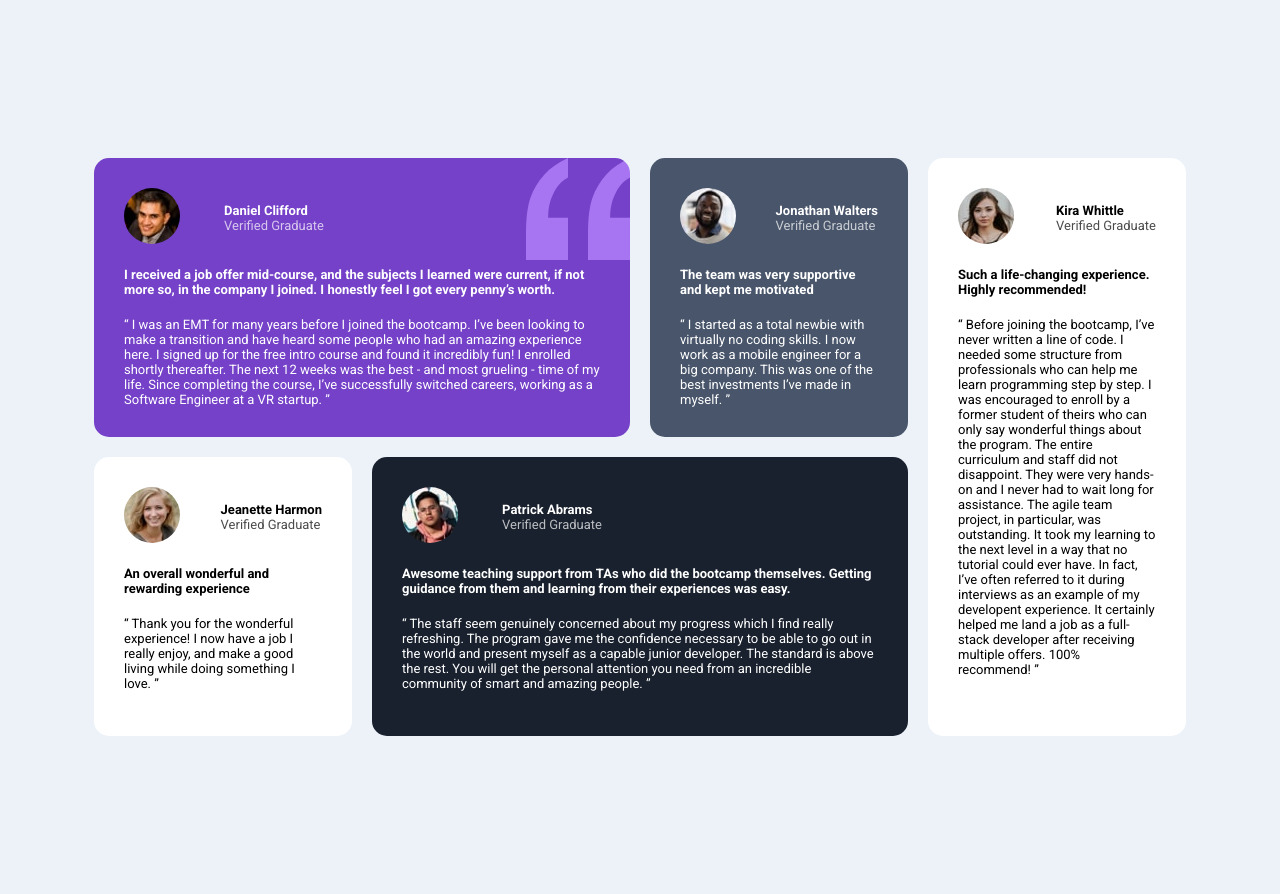
Repository: Toqa-25/testimonials
Page: index.html
An editor plug-in stored every save of this project. The page is shown before and after the next save, followed by the edit.
The browser window is 1280 px wide. The pictures show the whole page.

Above is the page before, as saved 2021-11-04 13:21:59.

### index.html
<!DOCTYPE html>
<html lang="en">
<head>
    <meta charset="UTF-8">
    <meta http-equiv="X-UA-Compatible" content="IE=edge">
    <meta name="viewport" content="width=device-width, initial-scale=1.0">
    <!-- css files -->
    <link rel="stylesheet" href="css/style.css">
    <link rel="stylesheet" href="css//vendors/all.min.css">
    <!-- fonts style -->
    <link rel="preconnect" href="https://fonts.googleapis.com">
<link rel="preconnect" href="https://fonts.gstatic.com" crossorigin>
<link href="https://fonts.googleapis.com/css2?family=Barlow+Semi+Condensed:wght@100;200;300;400;500;600;700;800;900&family=Montserrat:wght@100;200;300;400;500;600;700;800;900&family=PT+Sans:ital,wght@0,400;0,700;1,700&family=Roboto:wght@100;300;400;500;700;900&display=swap" rel="stylesheet">
    <title>tistimonials design</title>
</head>
<body>
    <div class="container">
        <div class="testi-content">
            <article class="grid-item Daniel">
                <header class="grid-item-name">
                    <div class="item-img">
                        <img src="images/image-daniel.jpg" alt="">
                    </div>
                    <div class="item-name">
                        <p class="name">Daniel Clifford</p>
                        <p class="name-info">Verified Graduate</p>
                    </div>
                </header>
                <div class="art-body">
                    <h4 class="bold-text"> I received a job offer mid-course, and the subjects I learned were current, if not more so, in the company I joined. I honestly feel I got every penny’s worth.</h4>
                    <p class="lite-text">“ I was an EMT for many years before I joined the bootcamp. I’ve been looking to make a
                        transition and have heard some people who had an amazing experience here. I signed up
                        for the free intro course and found it incredibly fun! I enrolled shortly thereafter.
                        The next 12 weeks was the best - and most grueling - time of my life. Since completing
                        the course, I’ve successfully switched careers, working as a Software Engineer at a VR startup. ” </p>
                </div>
            </article>
            <article class="grid-item Jonathan">
                <header class="grid-item-name">
                    <div class="item-img">
                        <img src="images/image-jonathan.jpg" alt="">
                    </div>
                    <div class="item-name">
                        <p class="name">Jonathan Walters</p>
                        <p class="name-info">Verified Graduate</p>
                    </div>
                </header>
                <div class="art-body">
                    <h4 class="bold-text">The team was very supportive and kept me motivated</h4>
                    <p class="lite-text">“ I started as a total newbie with virtually no coding skills. I now work as a mobile engineer
                     for a big company. This was one of the best investments I’ve made in myself. ”
                    </p>
                </div>
            </article>
            <article class="grid-item  Jeanette ">
                <header class="grid-item-name">
                    <div class="item-img">
                        <img src="images/image-jeanette.jpg" alt="">
                    </div>
                    <div class="item-name">
                        <p class="name">  Jeanette Harmon</p>
                        <p class="name-info">Verified Graduate</p>
                    </div>
                </header>
                <div class="art-body">
                    <h4 class="bold-text"> An overall wonderful and rewarding experience</h4>
                    <p class="lite-text">“ Thank you for the wonderful experience! I now have a job I really enjoy, and make a good living
                     while doing something I love. ”</p>
                </div>
            </article>
            <article class="grid-item Patrick">
                <header class="grid-item-name">
                    <div class="item-img">
                        <img src="images/image-patrick.jpg" alt="">
                    </div>
                    <div class="item-name">
                        <p class="name">Patrick Abrams</p>
                        <p class="name-info"> Verified Graduate</p>
                    </div>
                </header>
                <div class="art-body">
                    <h4 class="bold-text"> Awesome teaching support from TAs who did the bootcamp themselves. Getting guidance from them and learning from their experiences was easy.</h4>
                    <p class="lite-text">“ The staff seem genuinely concerned about my progress which I find really refreshing. The program
                        gave me the confidence necessary to be able to go out in the world and present myself as a capable
                        junior developer. The standard is above the rest. You will get the personal attention you need from
                        an incredible community of smart and amazing people. ”
                    </p>
                </div>
            </article>
            <article class="grid-item Kira ">
                <header class="grid-item-name">
                    <div class="item-img">
                        <img src="images/image-kira.jpg" alt="" srcset="">
                    </div>
                    <div class="item-name">
                        <p class="name">Kira Whittle</p>
                        <p class="name-info ">Verified Graduate</p>
                    </div>
                </header>
                <div class="art-body">
                    <h4 class="bold-text"> Such a life-changing experience. Highly recommended!</h4>
                    <p class="lite-text"> “ Before joining the bootcamp, I’ve never written a line of code. I needed some structure from
                    professionals who can help me learn programming step by step. I was encouraged to enroll by a former
                    student of theirs who can only say wonderful things about the program. The entire curriculum and staff
                    did not disappoint. They were very hands-on and I never had to wait long for assistance. The agile team
                    project, in particular, was outstanding. It took my learning to the next level in a way that no tutorial
                    could ever have. In fact, I’ve often referred to it during interviews as an example of my developent
                    experience. It certainly helped me land a job as a full-stack developer after receiving multiple offers.
  100% recommend! ”</p>
                </div>
            </article>

        </div>
    </div>
</body>
</html>

### css/style.css
/*
     public style
  **********************
*/
body{
    Font-size: 13px;
    font-family: 'Barlow Semi Condensed', sans-serif;
    font-family: 'Montserrat', sans-serif;
    font-family: 'PT Sans', sans-serif;
    font-family: 'Roboto', sans-serif;
    /* font-family: 'Barlow Semi' Condensed; */
    background-color: hsl(210, 46%, 95%);
}
*{
    padding:0;
    margin:0;
    box-sizing: border-box;
}
/*
content  style
**********************
*/
.container{
    width: 90%;
    margin: auto;
    padding: 10% 0;
}
.testi-content{
    display: grid;
    grid-template-columns: repeat(8 , 1fr);
    grid-template-rows: repeat(2 , 1fr);
    grid-gap: 20px;
     padding: 30px;
}
.lite-text{
    opac
}
.name-info{
    opacity:.7;
}
.grid-item{
    padding: 30px;
    border-radius: 15px;
    -webkit-border-radius: 15px;
    -moz-border-radius: 15px;
    -ms-border-radius: 15px;
    -o-border-radius: 15px;
}
.grid-item-name{
    display: flex;
    justify-content: space-between;
    align-items: center;
    max-width: 200px;

}
.name{
    font-weight: bold;
}
.bold-text{
    margin: 20px 0;
}
.item-img img{
 border-radius: 50%;
 -webkit-border-radius: 50%;
 -moz-border-radius: 50%;
 -ms-border-radius: 50%;
 -o-border-radius: 50%;
}
.Daniel{
    background-color: hsl(263, 55%, 52%);
    background-image: url(../images/bg-pattern-quotation.svg);
    background-position: right top;
    background-repeat: no-repeat;
    color: hsl(0, 0%, 100%);
    grid-column: 1 /5;
    grid-row: 1/2;
}


.Jonathan{
    background-color: hsl(0, 0%, 81%);
    background-color: hsl(217, 19%, 35%);
     grid-column: 5/7;
    grid-row: 1/2;
    color: hsl(0, 0%, 100%);
}

.Kira{
    background-color: hsl(0, 0%, 100%);
    grid-column: 7 /9;
    grid-row: 1/3;
}
.Patrick{
    background-color: hsl(219, 29%, 14%);
    color: hsl(0, 0%, 100%);
    grid-column: 3 /7;
    grid-row: 2/3;
}
.Jeanette {
background-color: hsl(0, 0%, 100%);
    grid-column: 1 /3;
    grid-row: 2/3;
}
/*  media quary style */
@media (max-width:575px){
    .testi-content{
    display: grid;
    grid-template-columns: 1fr;
    grid-template-rows: repeat(8 , auto);
    grid-gap: 10px;
     padding: 40px;
}
.grid-item{
grid-column: 1/2;
}
.Daniel{
    grid-row: 1/3;
}
.Jonathan{
    grid-row: 3/4;
}
.Kira{
    grid-row: 4/5;
}
    .Patrick{
        grid-row: 5/7;
    }

.Jeanette{
    grid-row: 7/9;

}
}







/*           media quary style
    ***************************************
        //extra small devices @media (maxwidth:575px)
        //small devices @media (maxwidth:767px)
        //medium devices @media (maxwidth:991px)
        //large devices @media (maxwidth:1199px)
*/

Loaded but not shown: css/vendors/all.min.css (library)

After the next save:
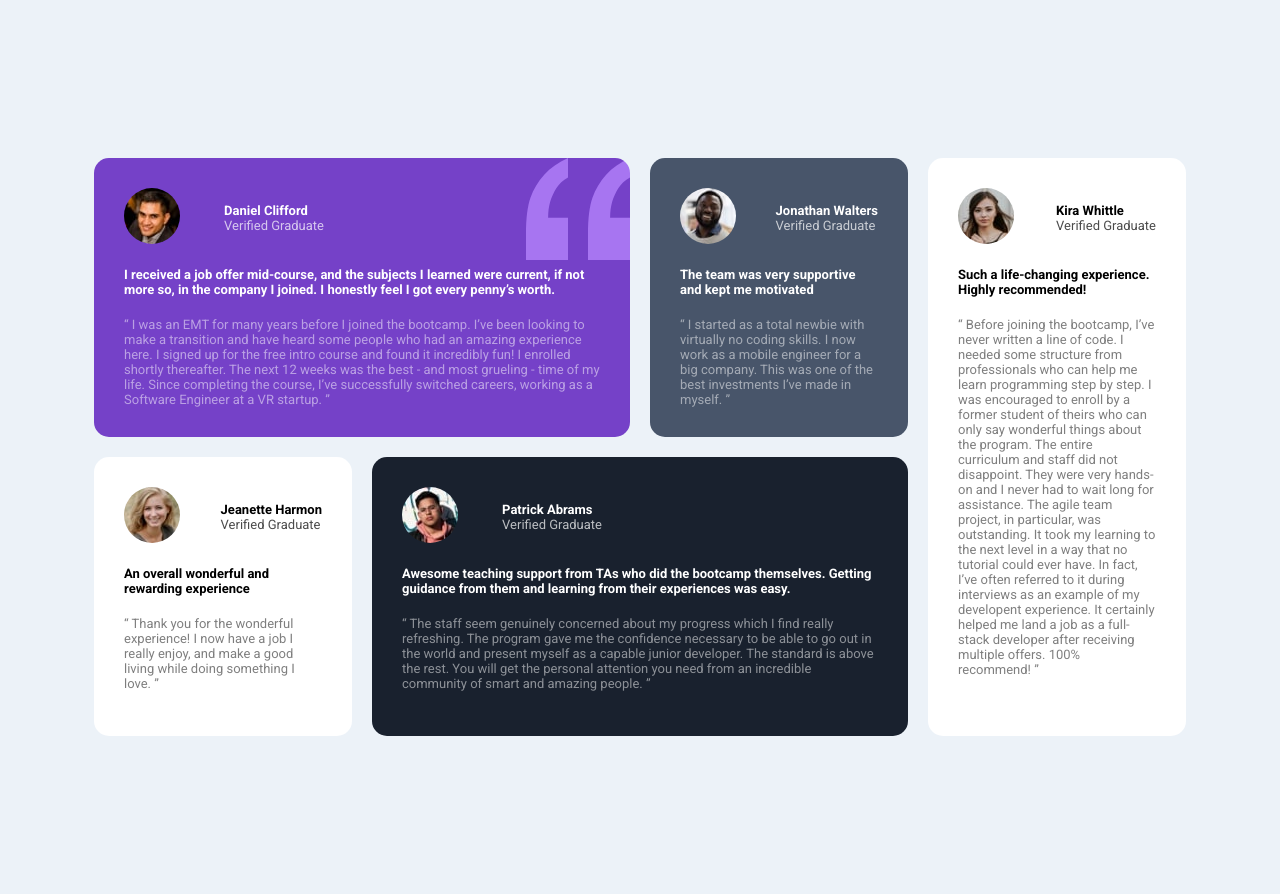
Saved 35 s later.
--- a/css/style.css
+++ b/css/style.css
@@ -33,7 +33,7 @@
      padding: 30px;
 }
 .lite-text{
-    opac
+    opacity:.5;
 }
 .name-info{
     opacity:.7;
